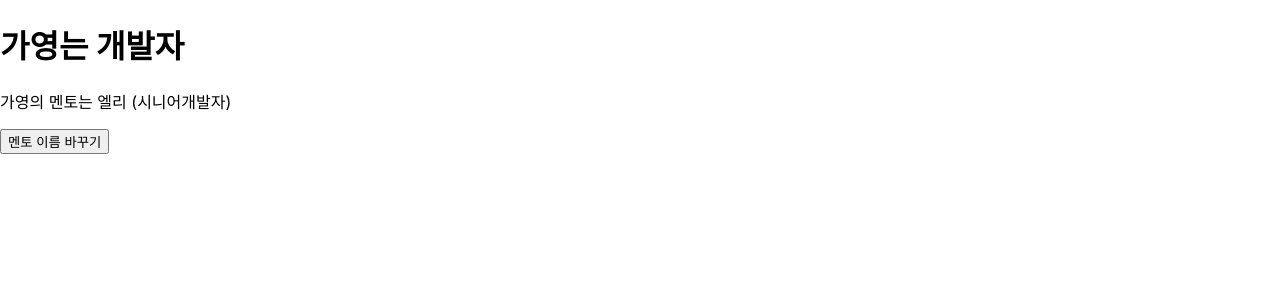
Repository: Yugayoung/css-example
Page: / (app in react/basic/)
An editor plug-in stored every save of this project. The page is shown before and after the next save, followed by the edit.
The browser window is 1280 px wide. The pictures show the whole page.
The project was rebuilt for these pictures with package versions that can differ from the ones it lists, and the page was loaded fresh each time.

Above is the page before, as saved 2023-12-20 11:26:35.

After the next save:
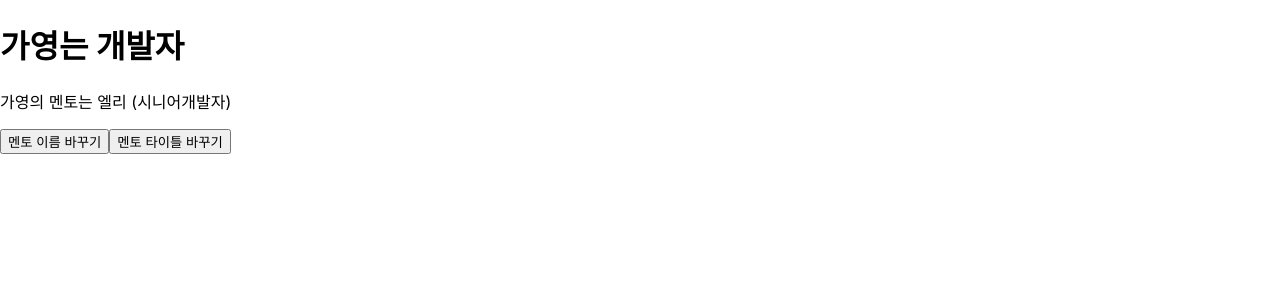
Saved 55 s later.
--- a/react/basic/src/AppMentor.jsx
+++ b/react/basic/src/AppMentor.jsx
@@ -24,6 +24,13 @@ export default function AppMentor(props) {
       >
         멘토 이름 바꾸기
       </button>
+      <button
+        onClick={() => {
+          const title = prompt(`what's your mentor's title?`);
+        }}
+      >
+        멘토 타이틀 바꾸기
+      </button>
     </div>
   );
 }
